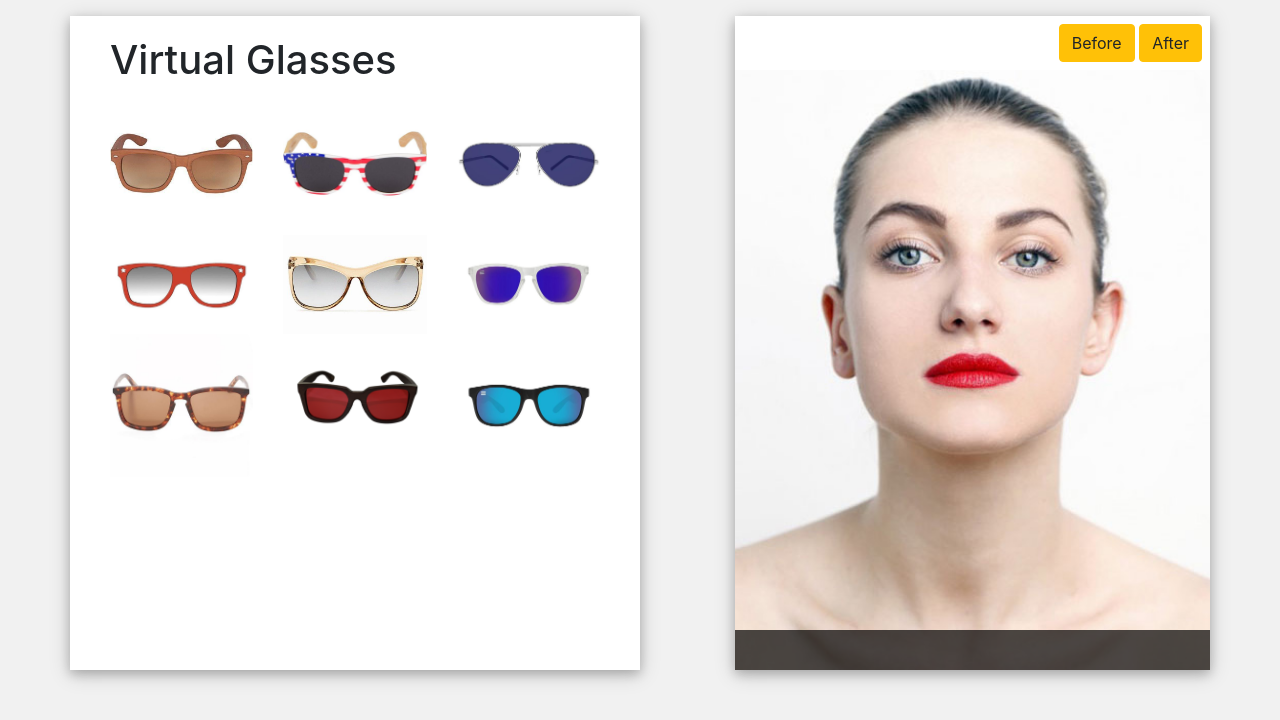
Repository: Khoi300399/BC35E_ES6_B2_MaThanhKhoi
Page: index.html
These files come from the project's save history. The page is drawn as it stood at one moment and after the next save; the edit follows.
The browser window is 1280 px wide. The pictures show the whole page.
After loading, the first visible `#btn1` was clicked once.

Above is the page before, as saved 2022-10-23 23:00:46.

After the next save:
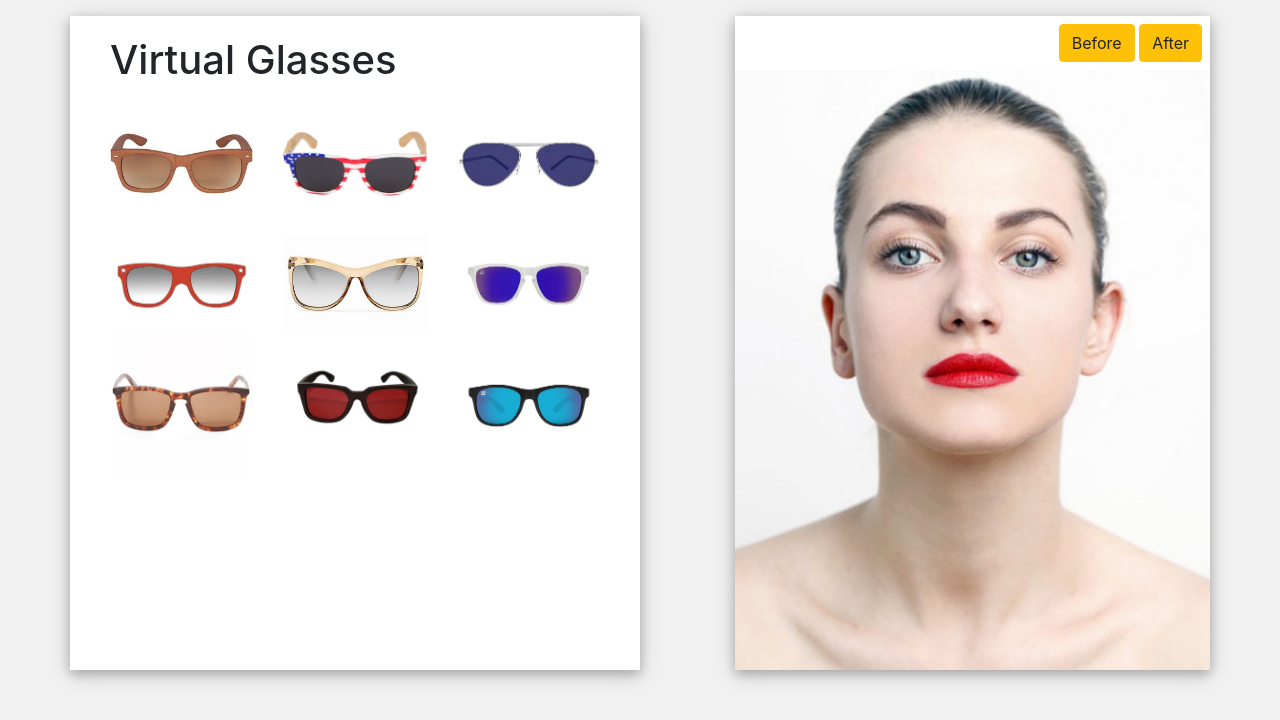
Console error: TypeError: Cannot read properties of null (reading 'style')
Saved 30 s later.
--- a/js/main.js
+++ b/js/main.js
@@ -132,9 +132,11 @@
   // btnBefore(isValid);
   // btnAfter(isValid);
   if (isValid) {
-    document.querySelector("#glassesInfo").style.display = "none";
-    document.querySelector("#avatar img").style.opacity = 0;
+    document.querySelector("#glassesInfo").style.display = "block";
+    document.querySelector("#avatar img").style.opacity = 0.8;
   }
+  document.querySelector("#glassesInfo").style.display = "none";
+  document.querySelector("#avatar img").style.opacity = 0;
 };
 
 // let btnBefore = (isValid) => {

After the save that followed:
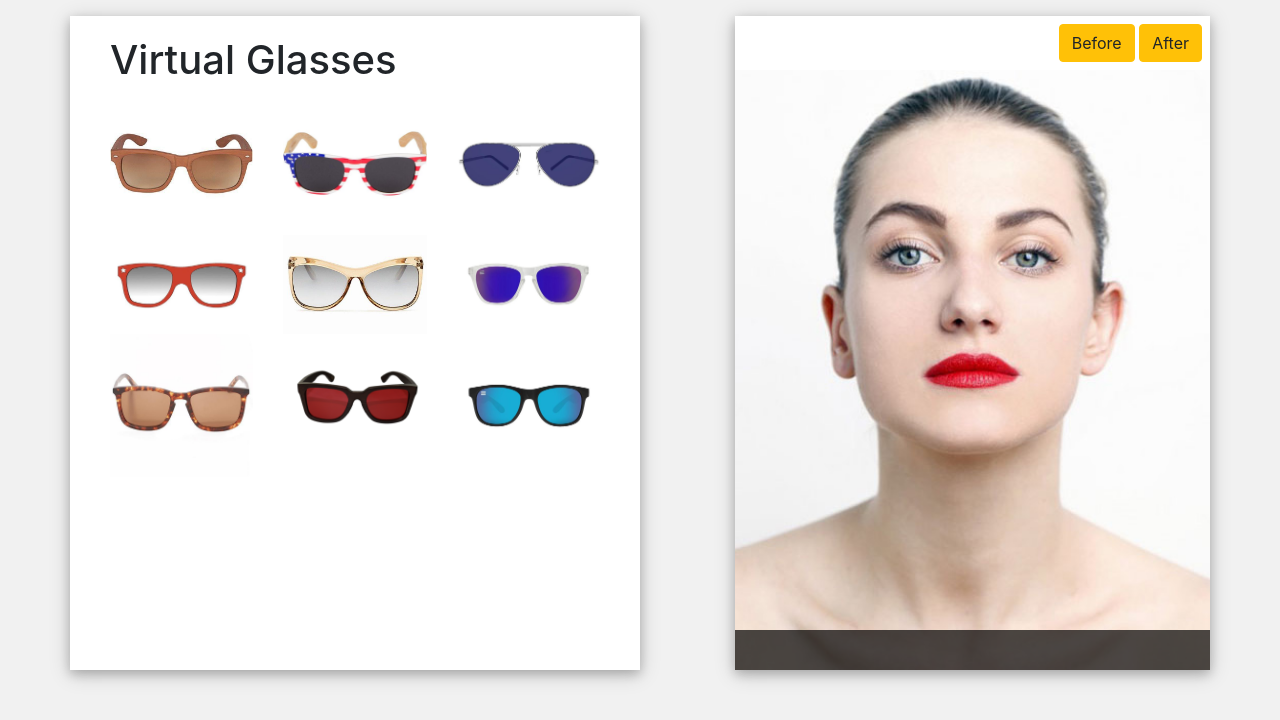
Console error: ReferenceError: btnBefore is not defined
Saved 20 s later.
--- a/js/main.js
+++ b/js/main.js
@@ -129,14 +129,8 @@
 };
 
 window.removeGlasses = (isValid) => {
-  // btnBefore(isValid);
-  // btnAfter(isValid);
-  if (isValid) {
-    document.querySelector("#glassesInfo").style.display = "block";
-    document.querySelector("#avatar img").style.opacity = 0.8;
-  }
-  document.querySelector("#glassesInfo").style.display = "none";
-  document.querySelector("#avatar img").style.opacity = 0;
+  btnBefore(isValid);
+  btnAfter(isValid);
 };
 
 // let btnBefore = (isValid) => {
